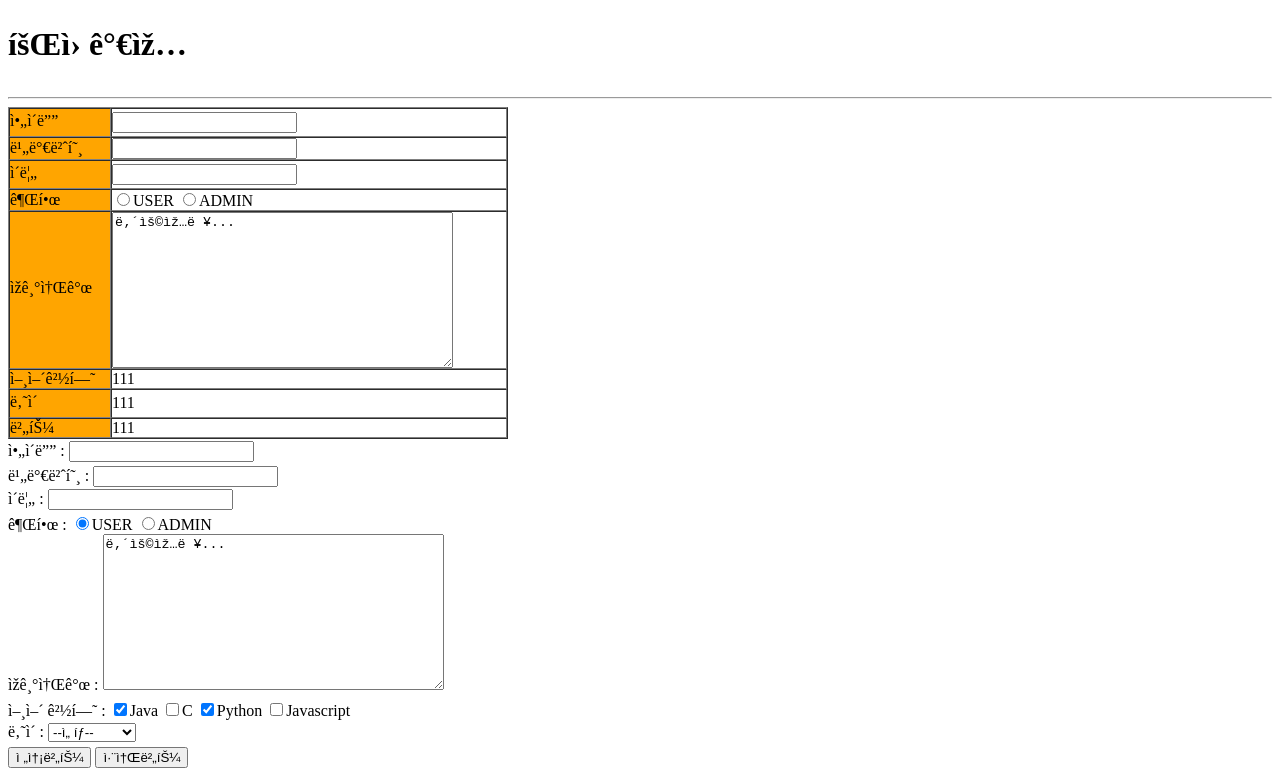
Repository: serim53/JSPStudy
Page: http://localhost/BoardWeb_JSP_/insertUser.jsp
The author's editor kept a copy of each file at every save. The page is drawn from the files as they stood at one save, then again after the next save.
The browser window is 1280 px wide. The pictures show the whole page.
The page is served by Tomcat 10.

Above is the page before, as saved 2025-07-08 05:06:21.

After the next save:
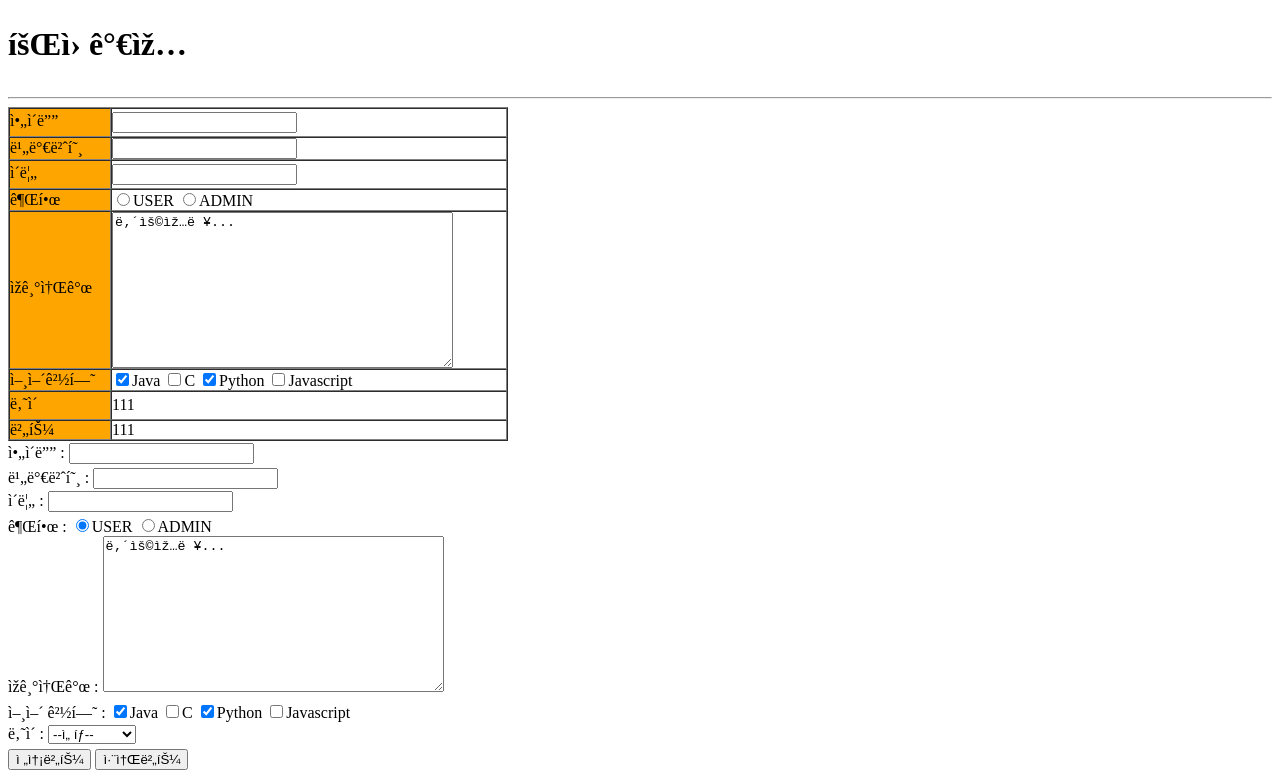
Saved 18 s later.
--- a/BoardWeb(JSP)/src/main/webapp/insertUser.jsp
+++ b/BoardWeb(JSP)/src/main/webapp/insertUser.jsp
@@ -35,7 +35,12 @@
 	</tr>
 	<tr>
 		<td bgcolor="orange">언어경험</td>
-		<td>111</td>
+		<td>
+			<input type="checkbox" checked/>Java
+		    <input type="checkbox"/>C
+		    <input type="checkbox" checked/>Python
+		    <input type="checkbox"/>Javascript
+		</td>
 	</tr>
 	<tr>
 		<td bgcolor="orange">나이</td>
